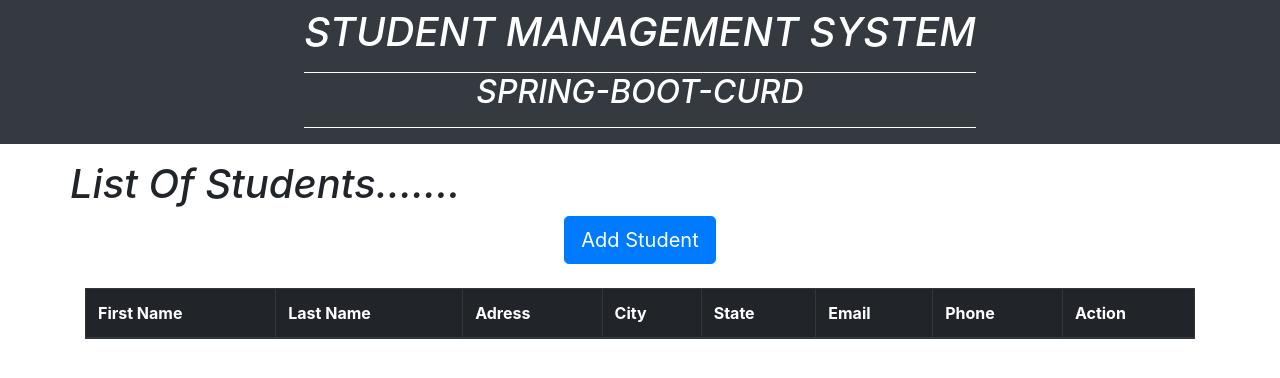
Repository: Prshnt6271/Spring-Boot
Page: http://localhost/Home
These files come from the project's save history. The page is drawn as it stood at one moment and after the next save; the edit follows.
The browser window is 1280 px wide. The pictures show the whole page.
The page is this project's Thymeleaf template; nobody is signed in. The template is opened directly, without the code that normally fills it, so the values that code supplies are empty.

Above is the page before, as saved 2023-12-14 17:44:15.

After the next save:
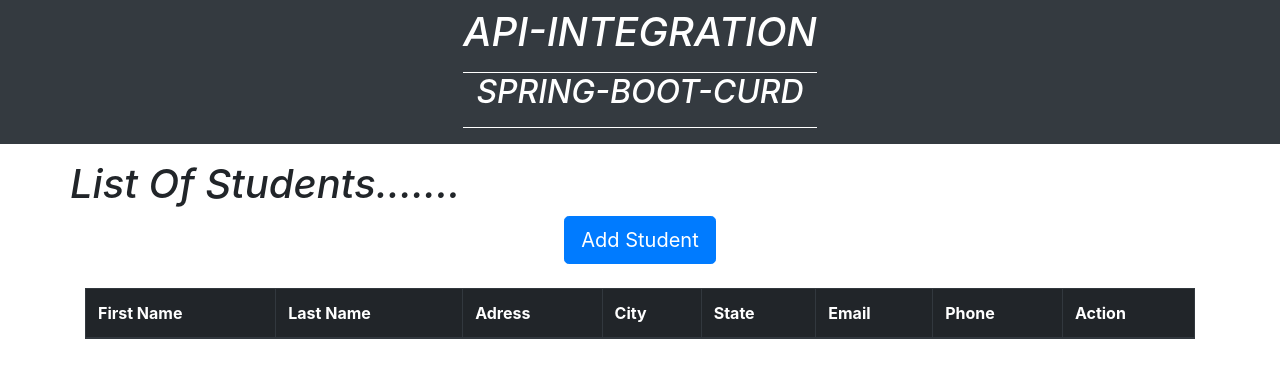
Saved 3 min 51 s later.
--- a/API-INTEGRATE/src/main/resources/templates/Home.html
+++ b/API-INTEGRATE/src/main/resources/templates/Home.html
@@ -14,7 +14,7 @@
 <nav class="navbar navbar-expand-md bg-dark navbar-dark">
 
     <div class="mx-auto text-center">
-        <h1 class="mb-0 text-white bg-dark border-bottom border-white pb-3"><i>STUDENT MANAGEMENT SYSTEM</i></h1>
+        <h1 class="mb-0 text-white bg-dark border-bottom border-white pb-3"><i>API-INTEGRATION</i></h1>
         <h2 class="text-white bg  border-bottom border-white pb-3"><i>SPRING-BOOT-CURD</i></h2>
     </div>
 </nav>
